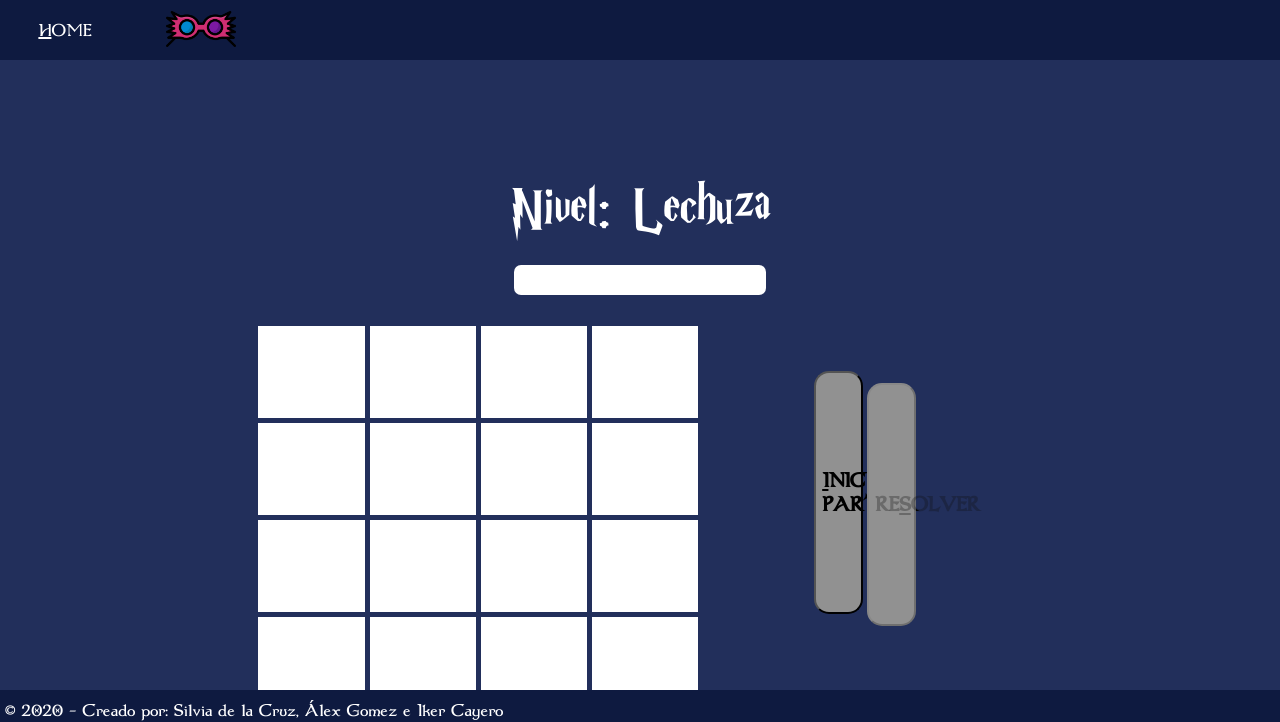
Repository: alexgomezdev/RavenclawSimon
Page: http://localhost/start.php?do=tryagain
An editor plug-in stored every save of this project. The page is shown before and after the next save, followed by the edit.
The browser window is 1280 px wide. The pictures show the whole page.
The page is run by PHP 8.4 with error messages shown; the project is at /var/www/html/.

Above is the page before, as saved 2020-11-10 20:59:28.

After the next save:
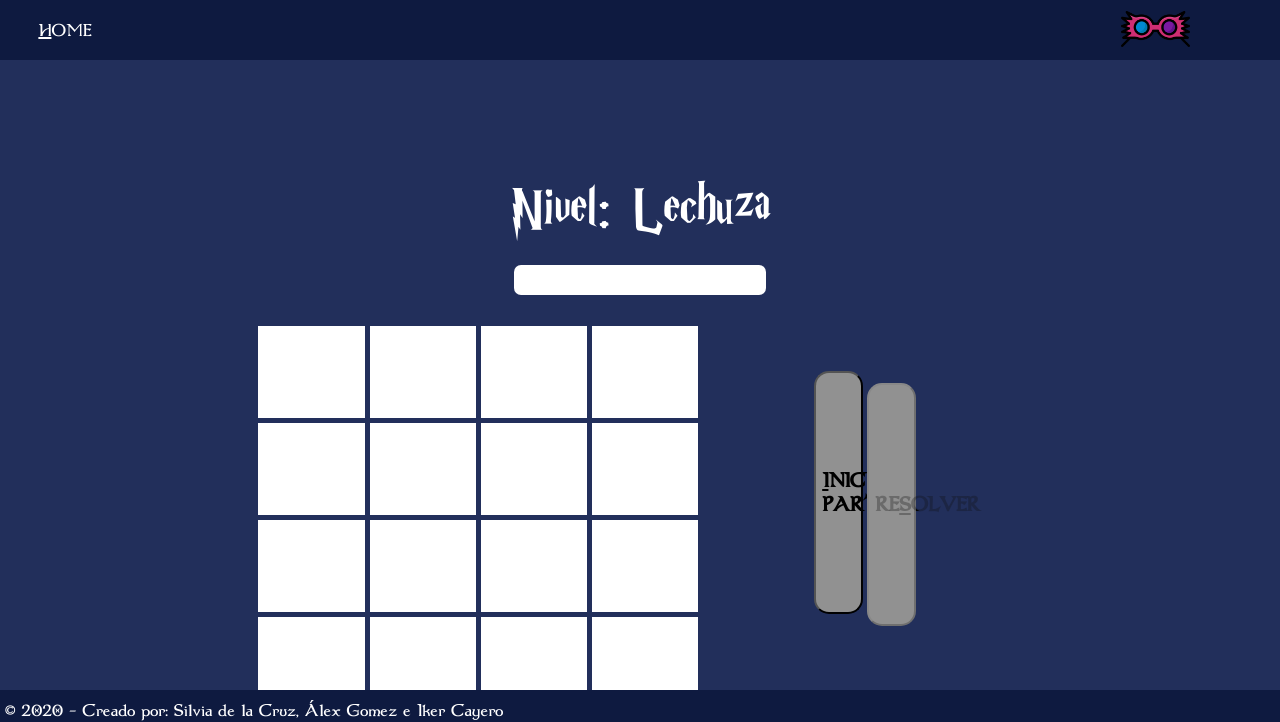
Saved 69 s later.
--- a/start.php
+++ b/start.php
@@ -3,25 +3,37 @@
 session_start();
 ?>
 <html lang="en">
-
 <head>
     <meta charset="UTF-8">
     <meta name="viewport" content="width=device-width, initial-scale=1.0">
     <title>Ravenclaw Simon</title>
     <link rel="stylesheet" href="templates/lib.css">
+    <link rel="stylesheet" href="templates/general.css">
     <link rel="stylesheet" href="templates/start.css">
-    <link rel="stylesheet" href="templates/general.css">
     <audio id="start" src="templates/assets/audio/start.wav"></audio>
     <audio id="select" src="templates/assets/audio/select.mp3"></audio>
     <audio id="solve" src="templates/assets/audio/revelio.mp3"></audio>
+    <script src="js/colorblind.js"></script>
 </head>
-
-<body>
-    <header>
+<?php
+    if (isset($_POST['colorblind_data'])) {
+            $_SESSION['colorblind-data'] = $_POST['colorblind_data'];
+        }
+?>
+<body id="body" <?php if (isset($_SESSION['colorblind-data']) && $_SESSION['colorblind-data'] == "True") {
+            echo "class = 'body-blindcolor'";
+        } else {
+            echo "class = 'body'";
+        } ?>>
+    <header id="header" <?php if (isset($_SESSION['colorblind-data']) && $_SESSION['colorblind-data'] == "True") {
+            echo "class = 'header-blindcolor'";
+        } else {
+            echo "class = 'header'";
+        } ?>>
         <div id="home_link_div">
             <a href="index.php" id="home_link" accesskey="h"><underline class="accesskey">H</underline>OME</a>
         </div>
-        <div id="colorblind_button_div">
+        <div class="colorblind_button_div" title="MODO DALTÓNICO" onclick="click_colorblind()">
             <img src="templates/assets/icono_daltonico.png" alt="Modo daltónico" id="colorblind_icon">
         </div>
     </header>
@@ -79,7 +91,7 @@
     </div>
     <script src="js/playing.js"></script>
     <div class=" maxwd just-cont-center ds-flex">
-        <div class="table">
+        <div>
             <?php
 
             for ($m = 1; $m <= $nivel[2]; $m++) {
@@ -125,11 +137,14 @@
             </div>
         </div>
     </div>
-    <footer>
+    <footer id="footer" <?php if (isset($_SESSION['colorblind-data']) && $_SESSION['colorblind-data'] == "True") {
+            echo "class = 'footer-blindcolor'";
+        } else {
+            echo "class = 'footer'";
+        } ?>>
         <div id="footer_content">
             &#0169 2020 - Creado por: Silvia de la Cruz, Álex Gomez e Iker Cayero
         </div>
     </footer>
 </body>
-
 </html>
